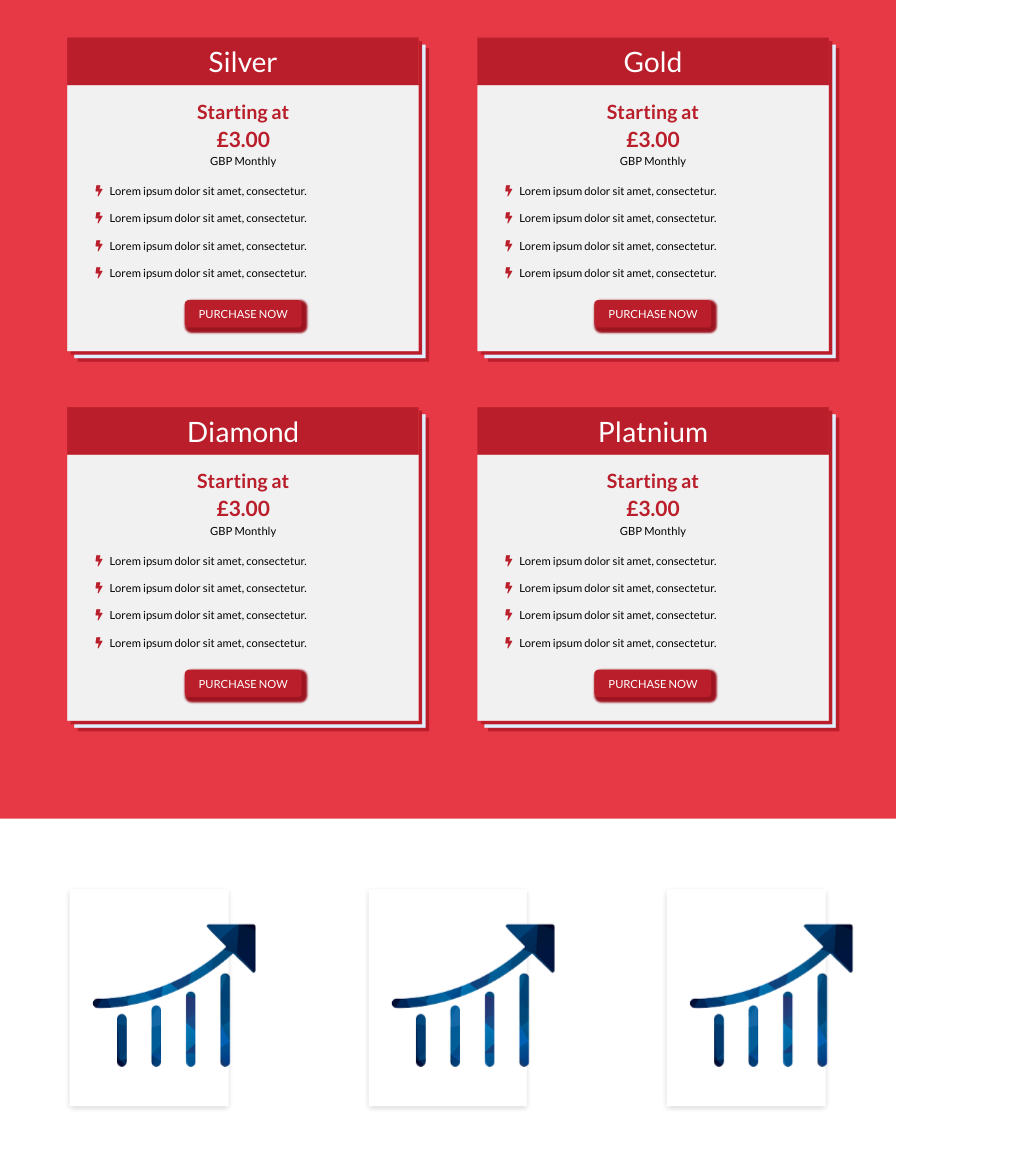
Repository: CallumS19/energise-hosting-project
Page: http://localhost/
The author's editor kept a record of every edit. The page is drawn from the files as they stood at one moment, then again after the next edit.
The browser window is 1280 px wide. The page is 1280 px wide, then 1467 px, so the pictures cover 1467 px, including what lies to the right of the window. The pictures show the part of the page from y = 1334 to 3014 px (the page is 3014 px tall), at 70% of full size.
Backgrounds fixed to the window are drawn as part of the page. Some web libraries are served in a nearby version. The page is run by PHP 8.4 with error messages shown; the project is at /var/www/html/.

Above is the page before.

After the next edit:
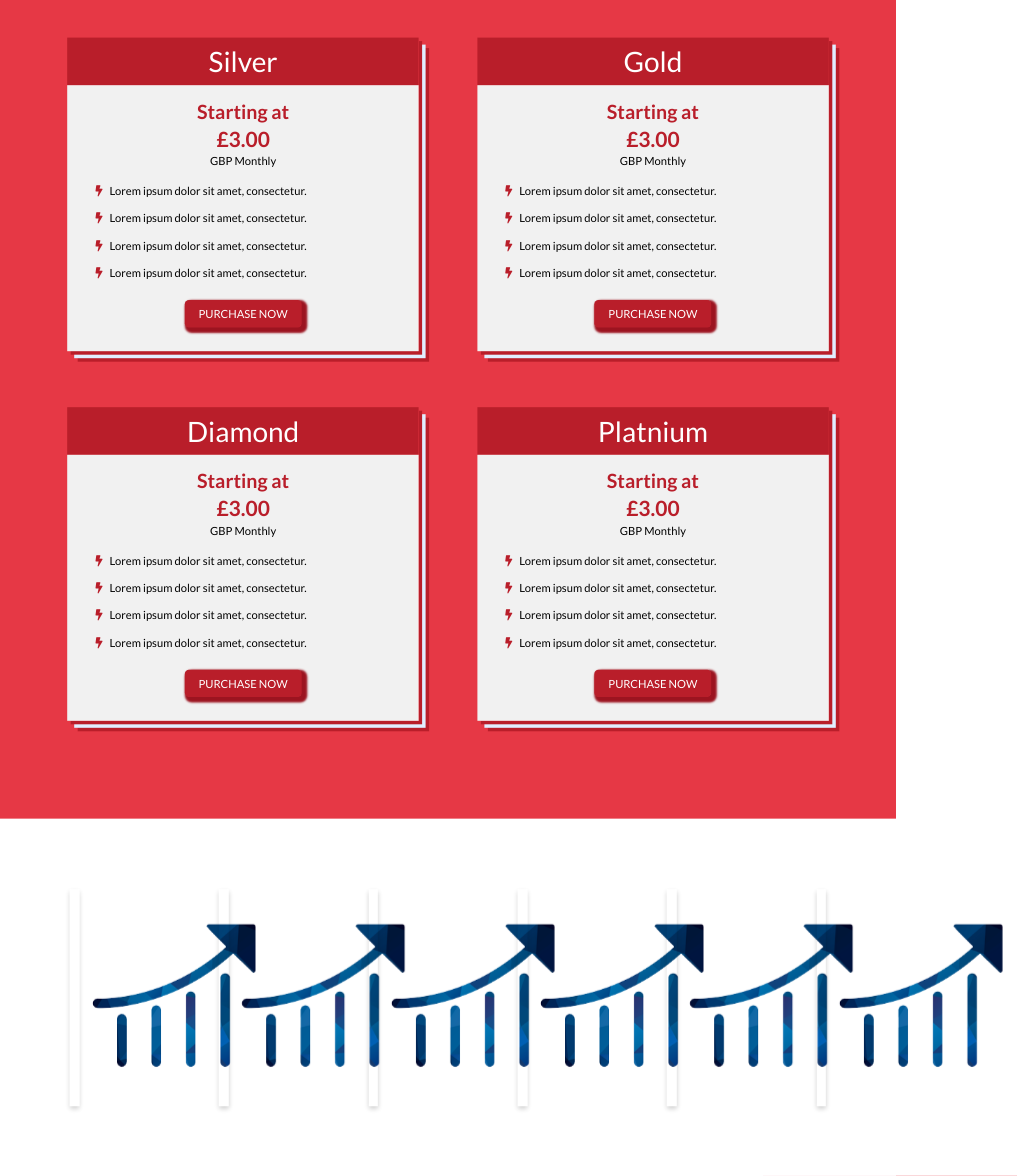
The edit:
--- a/workspace/index.php
+++ b/workspace/index.php
@@ -257,6 +257,40 @@
                         </div>
                       </div>
                     </div>
+                    <div class="f-card">
+                      <div class="f-card-inner">
+                        <div class="f-card-front">
+                          <img src="img/feature_avatar.png" alt="Avatar" style="width:300px;height:300px;">
+                        </div>
+                        <div class="f-card-back">
+                          <h1>High Performance</h1>
+                          <p>Expect only the best and the fastest when purchasing a service from us.</p>
+                        </div>
+                      </div>
+                    </div>
+                    <div class="f-card">
+                      <div class="f-card-inner">
+                        <div class="f-card-front">
+                          <img src="img/feature_avatar.png" alt="Avatar" style="width:300px;height:300px;">
+                        </div>
+                        <div class="f-card-back">
+                          <h1>High Performance</h1>
+                          <p>Expect only the best and the fastest when purchasing a service from us.</p>
+                        </div>
+                      </div>
+                    </div>
+                    <div class="f-card">
+                      <div class="f-card-inner">
+                        <div class="f-card-front">
+                          <img src="img/feature_avatar.png" alt="Avatar" style="width:300px;height:300px;">
+                        </div>
+                        <div class="f-card-back">
+                          <h1>High Performance</h1>
+                          <p>Expect only the best and the fastest when purchasing a service from us.</p>
+                        </div>
+                      </div>
+                    </div>
+
             </section>
             <script type="text/javascript" src="https://cdnjs.cloudflare.com/ajax/libs/jquery/3.4.1/jquery.min.js"></script>
             <script type="text/javascript" src="js/onScroll.js"></script>
